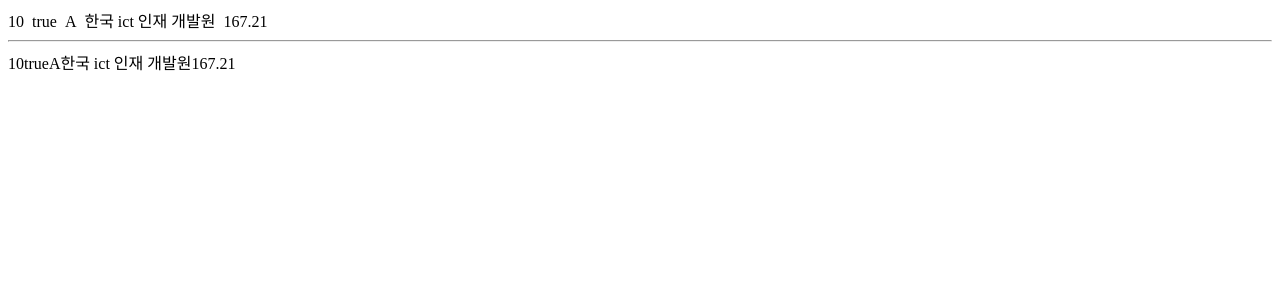
Repository: wjsjsn/23_webstudy
Page: 03_javascript/src/main/webapp/day02/Ex02_array.html
An editor plug-in stored every save of this project. The page is shown before and after the next save, followed by the edit.
The browser window is 1280 px wide. The pictures show the whole page.

Above is the page before, as saved 2023-06-28 00:55:27.

After the next save:
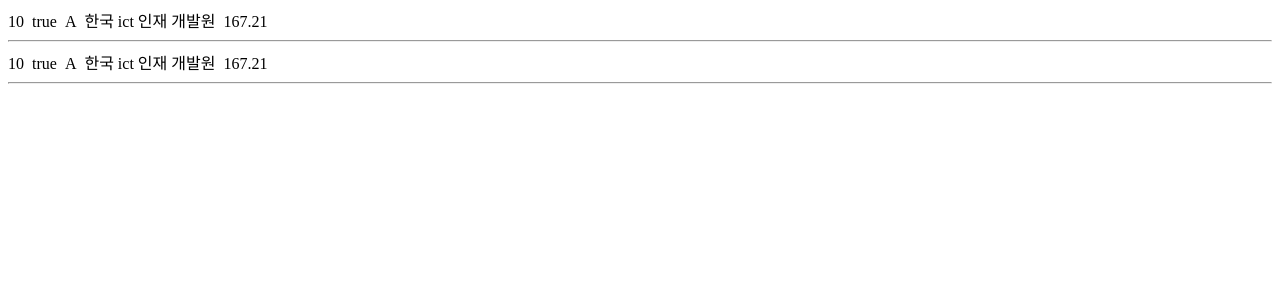
Saved 14 s later.
--- a/03_javascript/src/main/webapp/day02/Ex02_array.html
+++ b/03_javascript/src/main/webapp/day02/Ex02_array.html
@@ -25,9 +25,9 @@
 	// 여기서 index는 k
 	for ( var k in arr) {
 	//	document.write(k + "&nbsp;&nbsp;");
-	document.write(arr[k]);
+	document.write(arr[k]+ "&nbsp;&nbsp;");
 	}
-
+	document.write("<hr>");
 </script>
 </head>
 <body>
